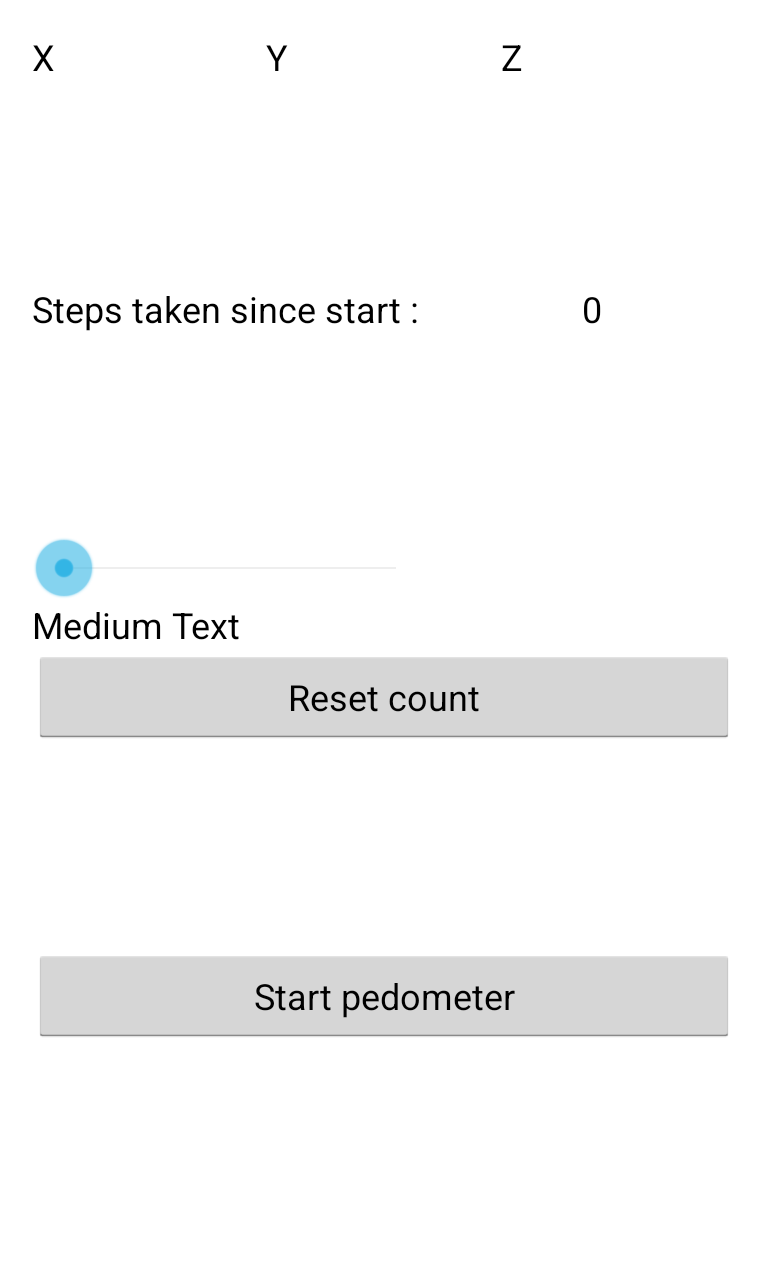
Repository: egelon/CardioAssistant
Layout: CardioAssistant/res/layout/activity_main.xml
These files come from the project's save history. The layout is drawn as it stood at one moment and after the next save; the edit follows.
It is drawn on a 768 x 1280 px phone screen (xhdpi) without system bars, with theme AppTheme; the app's code is not run.

Above is the layout before, as saved 2014-01-20 17:47:13.

### CardioAssistant/res/layout/activity_main.xml
<TableLayout xmlns:android="http://schemas.android.com/apk/res/android"
    xmlns:tools="http://schemas.android.com/tools"
    android:id="@+id/MainLayout"
    android:layout_width="match_parent"
    android:layout_height="match_parent"
    android:paddingBottom="@dimen/activity_vertical_margin"
    android:paddingLeft="@dimen/activity_horizontal_margin"
    android:paddingRight="@dimen/activity_horizontal_margin"
    android:paddingTop="@dimen/activity_vertical_margin"
    tools:context=".MainActivity" >

    <TableRow
        android:id="@+id/tableRow1"
        android:layout_width="wrap_content"
        android:layout_height="0dp"
        android:layout_weight="1"
         >

        <TextView
            android:id="@+id/textViewX"
            android:layout_width="0dp"
            android:layout_height="wrap_content"
            android:layout_weight="1"
            android:text="@string/accelerometer_X"
            android:textAppearance="?android:attr/textAppearanceMedium" />

        <TextView
            android:id="@+id/textViewY"
            android:layout_width="0dp"
            android:layout_height="wrap_content"
            android:layout_weight="1"
            android:text="@string/accelerometer_Y"
            android:textAppearance="?android:attr/textAppearanceMedium" />

        <TextView
            android:id="@+id/textViewZ"
            android:layout_width="0dp"
            android:layout_height="wrap_content"
            android:layout_weight="1"
            android:text="@string/accelerometer_Z"
            android:textAppearance="?android:attr/textAppearanceMedium" />
    </TableRow>

    <TableRow
        android:id="@+id/tableRow2"
        android:layout_width="wrap_content"
        android:layout_height="0dp"
        android:layout_weight="1"
        >

        <TextView
            android:id="@+id/stepsTakenLabel"
            android:layout_width="wrap_content"
            android:layout_height="wrap_content"
            android:layout_weight="1"
            android:text="@string/steps_taken_label"
            android:textAppearance="?android:attr/textAppearanceMedium" />

        <TextView
            android:id="@+id/stepsTakenCounterLabel"
            android:layout_width="0dp"
            android:layout_height="wrap_content"
            android:layout_weight="1"
            android:text="@string/steps_taken_counter"
            android:textAppearance="?android:attr/textAppearanceMedium" />

    </TableRow>

    <TableRow
        android:id="@+id/tableRow5"
        android:layout_width="wrap_content"
        android:layout_height="wrap_content" >

        <SeekBar
            android:id="@+id/seekBar"
            android:layout_width="match_parent"
            android:layout_height="wrap_content" />

    </TableRow>

    <TableRow
        android:id="@+id/tableRow6"
        android:layout_width="wrap_content"
        android:layout_height="wrap_content" >

        <TextView
            android:id="@+id/textSensitivity"
            android:layout_width="wrap_content"
            android:layout_height="wrap_content"
            android:text="Medium Text"
            android:textAppearance="?android:attr/textAppearanceMedium" />

    </TableRow>

    <TableRow
        android:id="@+id/tableRow3"
        android:layout_width="wrap_content"
        android:layout_height="0dp"
        android:layout_weight="1" >

        <Button
            android:id="@+id/buttonReset"
            android:layout_width="match_parent"
            android:layout_height="wrap_content"
            android:layout_weight="1"
            android:text="@string/reset_pedometer" />

    </TableRow>

    <TableRow
        android:id="@+id/tableRow4"
        android:layout_width="wrap_content"
        android:layout_height="0dp"
        android:layout_weight="1" >

        <Button
            android:id="@+id/buttonStart"
            android:layout_width="match_parent"
            android:layout_height="wrap_content"
            android:layout_weight="1"
            android:onClick="StartPedometerService"
            android:text="@string/start_pedometer" />
    </TableRow>

</TableLayout>

### CardioAssistant/res/values/strings.xml
<?xml version="1.0" encoding="utf-8"?>
<resources>

    <string name="app_name">Cardio Assistant</string>
    <string name="action_settings">Settings</string>
    <string name="hello_world">Hello world!</string>
    <string name="start_pedometer">Start pedometer</string>
    <string name="steps_taken_label">"Steps taken since start : "</string>
    <string name="steps_taken_counter">0</string>
    <string name="accelerometer_X">X</string>
    <string name="accelerometer_Y">Y</string>
    <string name="accelerometer_Z">Z</string>
    <string name="reset_pedometer">Reset count</string>
    <string name="text_current_sensitivity">0</string>

</resources>

Loaded but not shown: CardioAssistant/res/values/styles.xml (common file); CardioAssistant/res/values-v11/styles.xml (common file); CardioAssistant/res/values-v14/styles.xml (common file); CardioAssistant/res/values/dimens.xml (common file)

After the next save:
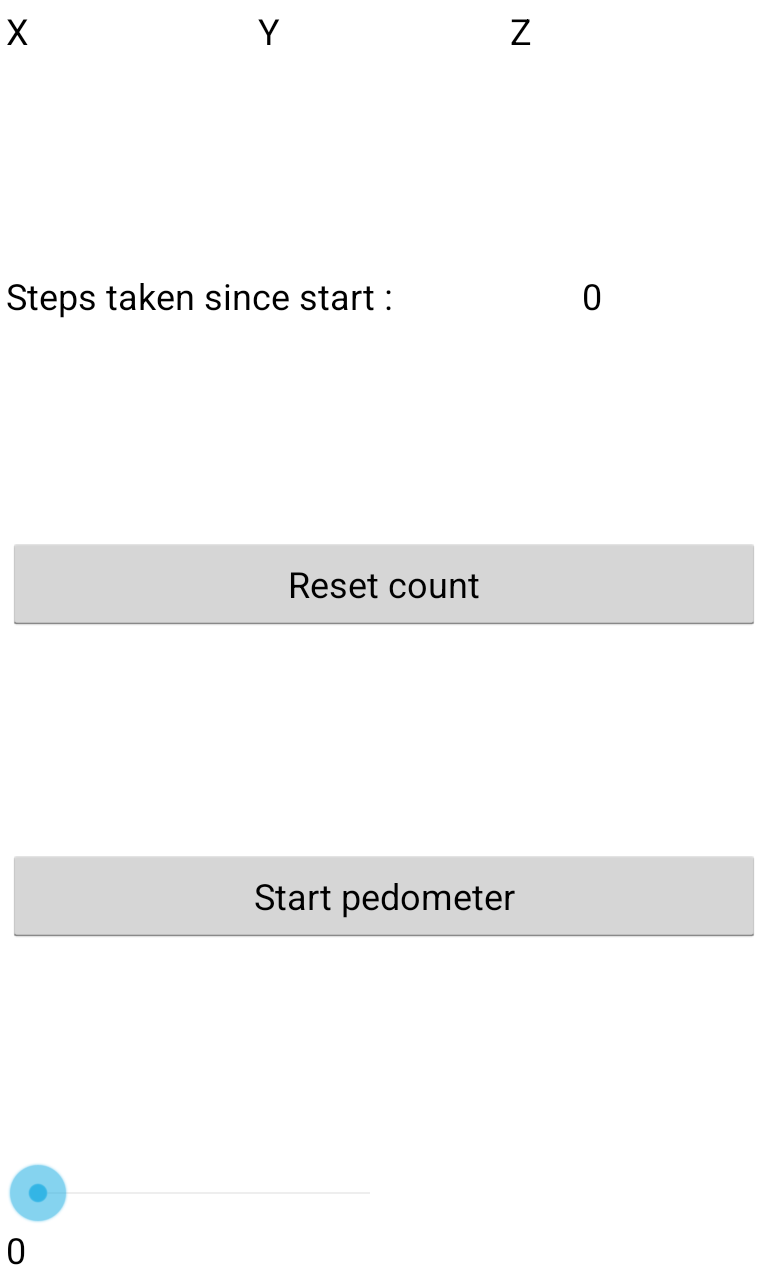
Saved 7 s later.
--- a/CardioAssistant/res/layout/activity_main.xml
+++ b/CardioAssistant/res/layout/activity_main.xml
@@ -3,10 +3,8 @@
     android:id="@+id/MainLayout"
     android:layout_width="match_parent"
     android:layout_height="match_parent"
-    android:paddingBottom="@dimen/activity_vertical_margin"
-    android:paddingLeft="@dimen/activity_horizontal_margin"
-    android:paddingRight="@dimen/activity_horizontal_margin"
-    android:paddingTop="@dimen/activity_vertical_margin"
+    android:padding="3dp"
+    android:stretchColumns="1,2,3"
     tools:context=".MainActivity" >
 
     <TableRow
@@ -67,6 +65,35 @@
     </TableRow>
 
     <TableRow
+        android:id="@+id/tableRow3"
+        android:layout_width="wrap_content"
+        android:layout_height="0dp"
+        android:layout_weight="1" >
+
+        <Button
+            android:id="@+id/buttonReset"
+            android:layout_width="match_parent"
+            android:layout_height="wrap_content"
+            android:layout_weight="1"
+            android:text="@string/reset_pedometer" />
+    </TableRow>
+
+    <TableRow
+        android:id="@+id/tableRow4"
+        android:layout_width="wrap_content"
+        android:layout_height="0dp"
+        android:layout_weight="1" >
+
+        <Button
+            android:id="@+id/buttonStart"
+            android:layout_width="match_parent"
+            android:layout_height="wrap_content"
+            android:layout_weight="1"
+            android:onClick="StartPedometerService"
+            android:text="@string/start_pedometer" />
+    </TableRow>
+
+    <TableRow
         android:id="@+id/tableRow5"
         android:layout_width="wrap_content"
         android:layout_height="wrap_content" >
@@ -87,39 +114,9 @@
             android:id="@+id/textSensitivity"
             android:layout_width="wrap_content"
             android:layout_height="wrap_content"
-            android:text="Medium Text"
+            android:text="@string/text_current_sensitivity"
             android:textAppearance="?android:attr/textAppearanceMedium" />
 
     </TableRow>
 
-    <TableRow
-        android:id="@+id/tableRow3"
-        android:layout_width="wrap_content"
-        android:layout_height="0dp"
-        android:layout_weight="1" >
-
-        <Button
-            android:id="@+id/buttonReset"
-            android:layout_width="match_parent"
-            android:layout_height="wrap_content"
-            android:layout_weight="1"
-            android:text="@string/reset_pedometer" />
-
-    </TableRow>
-
-    <TableRow
-        android:id="@+id/tableRow4"
-        android:layout_width="wrap_content"
-        android:layout_height="0dp"
-        android:layout_weight="1" >
-
-        <Button
-            android:id="@+id/buttonStart"
-            android:layout_width="match_parent"
-            android:layout_height="wrap_content"
-            android:layout_weight="1"
-            android:onClick="StartPedometerService"
-            android:text="@string/start_pedometer" />
-    </TableRow>
-
 </TableLayout>
